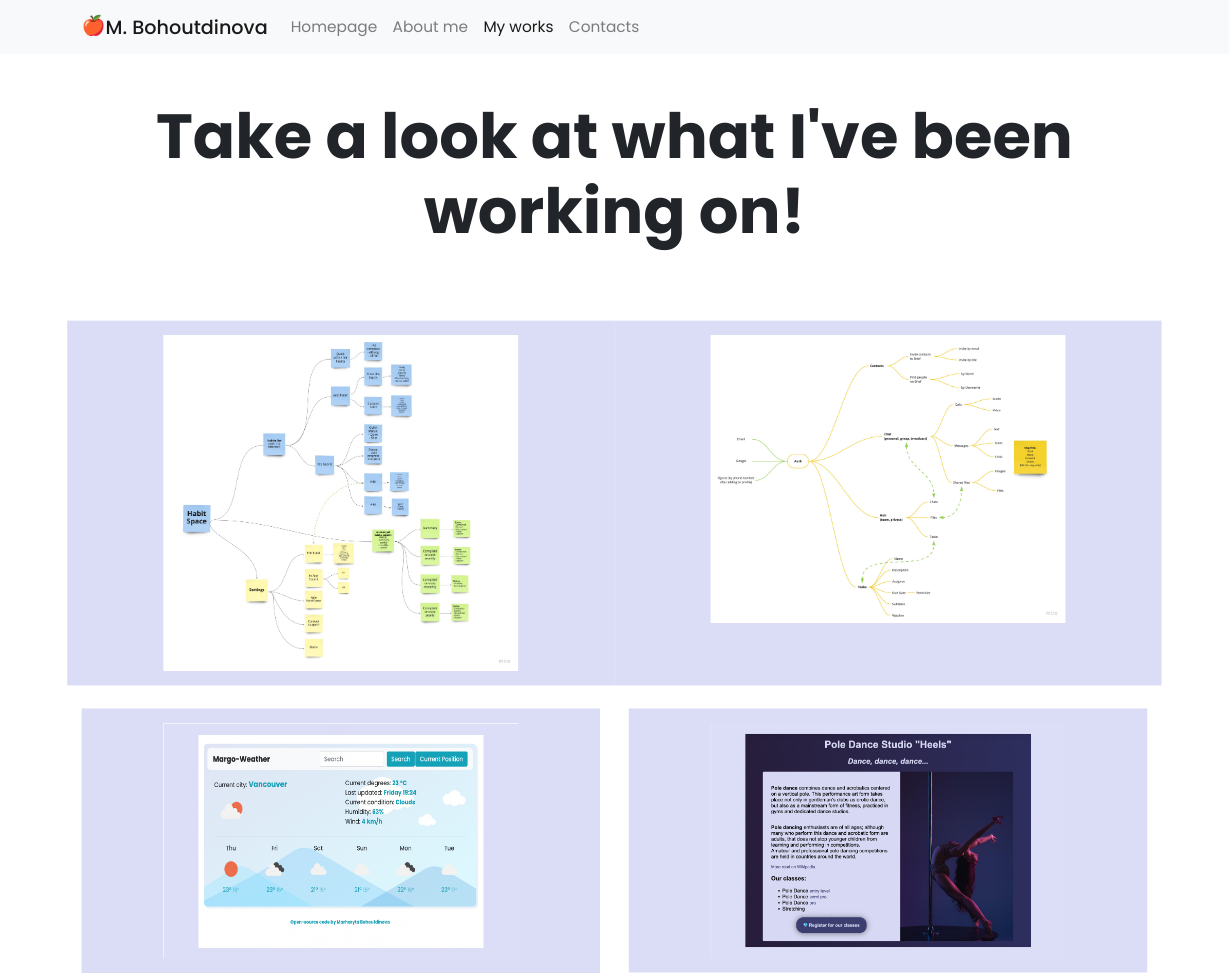
Repository: Bohoutdinova/Portfolio_week-4
Page: works.html
The author's editor kept a copy of each file at every save. The page is drawn from the files as they stood at one save, then again after the next save.
The browser window is 1280 px wide. The pictures show the whole page, at 96% of full size.

Above is the page before, as saved 2022-08-12 16:25:01.

After the next save:
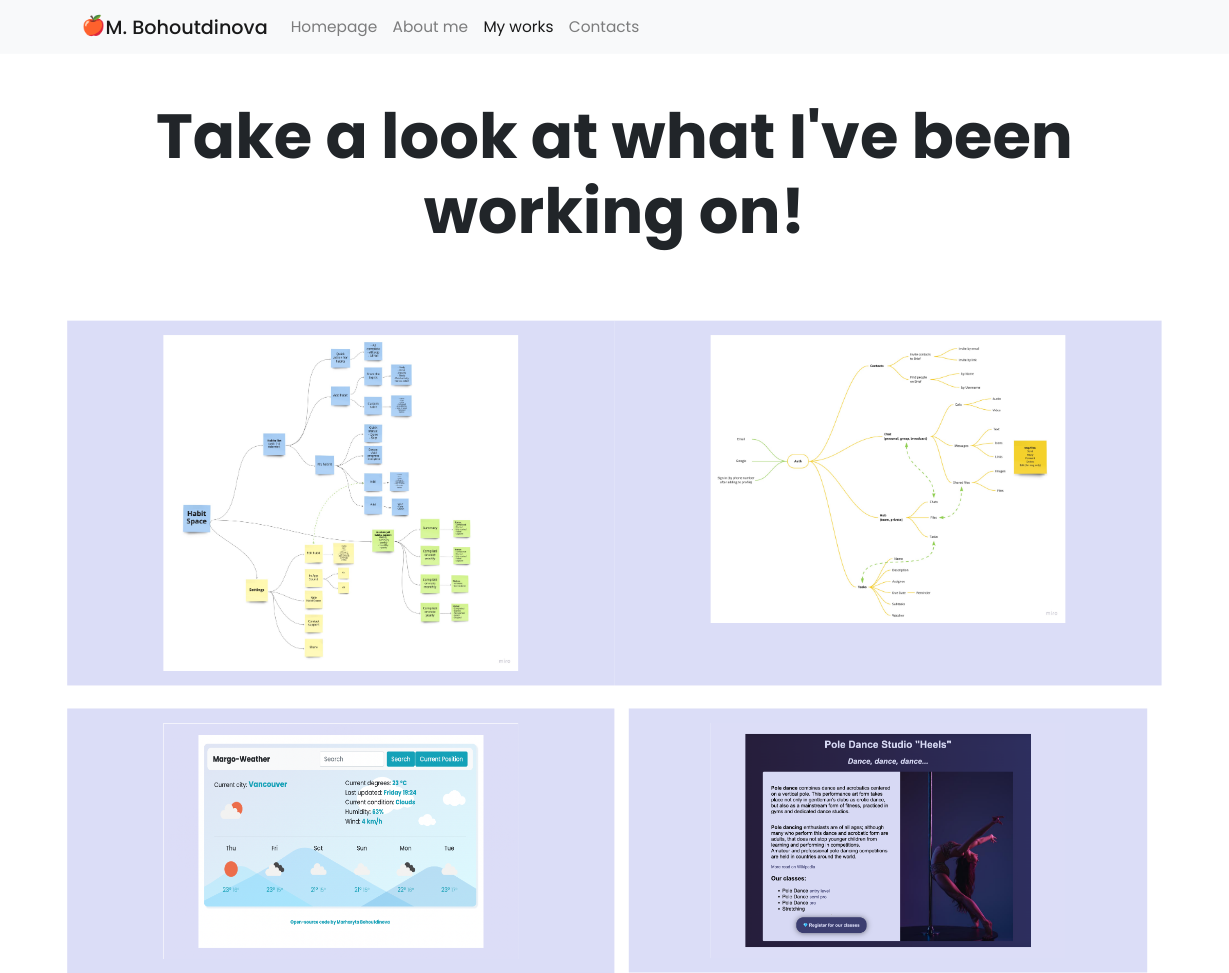
Saved 10 s later.
--- a/works.html
+++ b/works.html
@@ -105,15 +105,13 @@
               width="400"
             />
           </div>
-          <div class="col-md-6 mt-4">
-            <div class="img-color">
-              <img
-                src="/images/Weather-app.png"
-                alt="weather-app"
-                class="img-fluid rounded img-works"
-                width="400"
-              />
-            </div>
+          <div class="col-md-6 mt-4 img-color">
+            <img
+              src="/images/Weather-app.png"
+              alt="weather-app"
+              class="img-fluid rounded img-works"
+              width="400"
+            />
           </div>
           <div class="col-md-6 mt-4">
             <div class="img-color">
